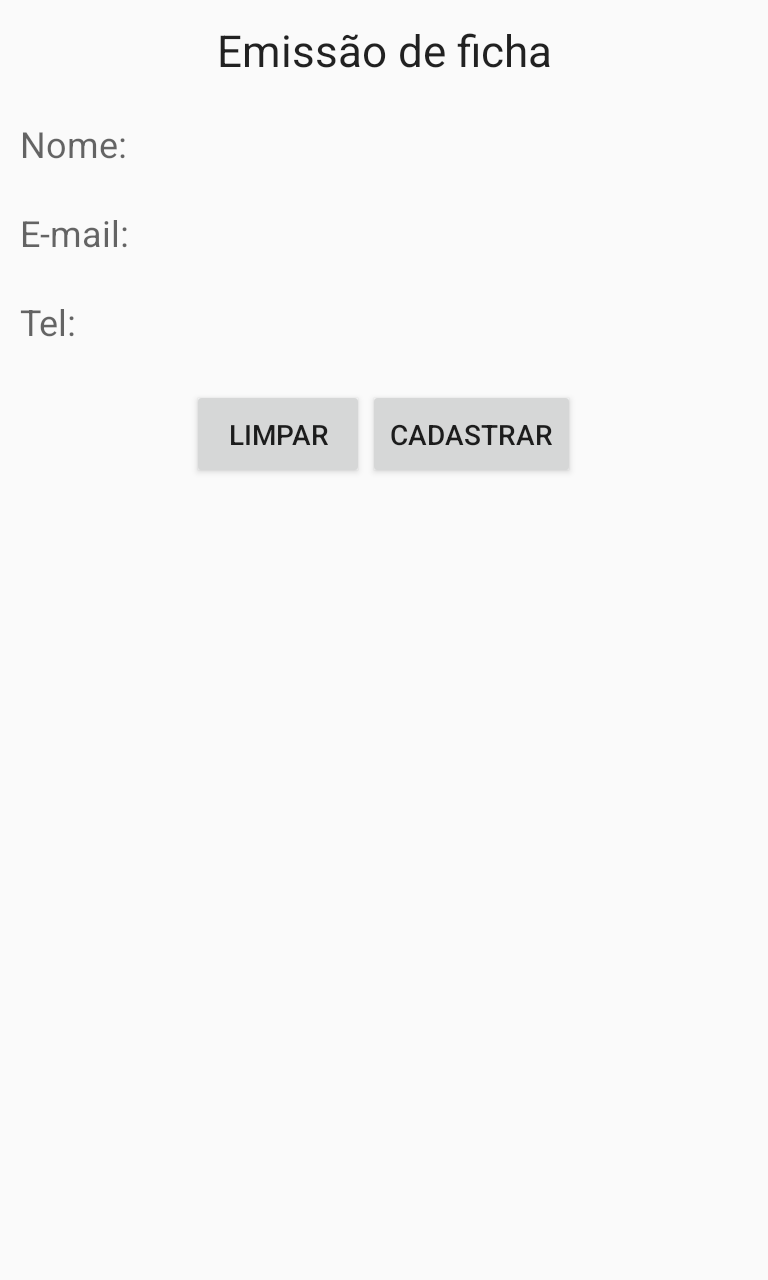
Repository: StefanoAraujo/MiniCurso.Android.Basico.Cadastro
Layout: Clientes/res/layout/activity_form.xml
These files come from the project's save history. The layout is drawn as it stood at one moment and after the next save; the edit follows.
It is drawn on a 768 x 1280 px phone screen (xhdpi) without system bars, with theme AppTheme; the app's code is not run.

Above is the layout before, as saved 2015-03-01 18:31:57.

### Clientes/res/layout/activity_form.xml
<LinearLayout xmlns:android="http://schemas.android.com/apk/res/android"
    xmlns:tools="http://schemas.android.com/tools"
    android:layout_width="match_parent"
    android:layout_height="match_parent"
    tools:context="com.netcoders.clientes.FormActivity"
    android:orientation="vertical" >

    <TextView
        android:id="@+id/textViewTitulo"
        android:layout_width="match_parent"
        android:layout_height="wrap_content"
        android:gravity="center"
        android:layout_margin="10dp"
        android:text="Emissão de ficha"
        android:textAppearance="?android:attr/textAppearanceLarge" />

    <TableLayout
        android:layout_width="match_parent"
        android:layout_height="wrap_content" >

        <TableRow
            android:id="@+id/tableRow1"
            android:layout_width="wrap_content"
            android:layout_height="wrap_content"
            android:layout_margin="10dp" >

            <TextView
                android:id="@+id/textViewNome"
                android:layout_width="wrap_content"
                android:layout_height="wrap_content"
                android:text="Nome:"
                android:textAppearance="?android:attr/textAppearanceMedium" />

        </TableRow>

        <TableRow
            android:id="@+id/tableRow2"
            android:layout_width="wrap_content"
            android:layout_height="wrap_content"
            android:layout_margin="10dp" >

            <TextView
                android:id="@+id/textViewEmail"
                android:layout_width="wrap_content"
                android:layout_height="wrap_content"
                android:text="E-mail:"
                android:textAppearance="?android:attr/textAppearanceMedium" />

        </TableRow>

        <TableRow
            android:id="@+id/tableRow3"
            android:layout_width="wrap_content"
            android:layout_height="wrap_content"
            android:layout_margin="10dp" >

            <TextView
                android:id="@+id/textViewTel"
                android:layout_width="wrap_content"
                android:layout_height="wrap_content"
                android:text="Tel:"
                android:textAppearance="?android:attr/textAppearanceMedium" />

        </TableRow>

        <TableRow
            android:id="@+id/tableRow4"
            android:layout_width="wrap_content"
            android:layout_height="wrap_content"
            android:gravity="center"
            android:layout_margin="10dp" >

            <Button
                android:id="@+id/buttonLimpar"
                android:layout_width="wrap_content"
                android:layout_height="wrap_content"
                android:text="Limpar" />

            <Button
                android:id="@+id/buttonCadastrar"
                android:layout_width="wrap_content"
                android:layout_height="wrap_content"
                android:text="Cadastrar" />

        </TableRow>
    </TableLayout>

</LinearLayout>

Loaded but not shown: Clientes/res/values/styles.xml (common file); Clientes/res/values-v11/styles.xml (common file); Clientes/res/values-v14/styles.xml (common file)

After the next save:
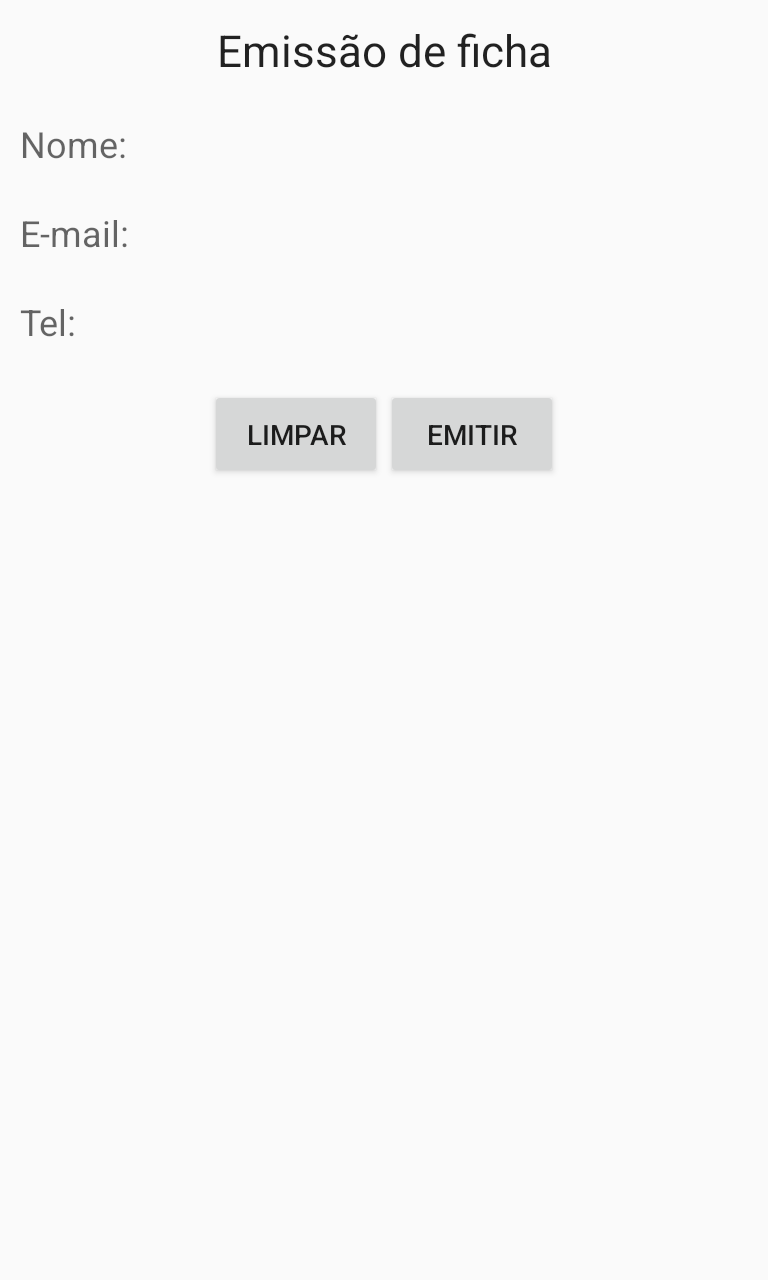
Saved 50 s later.
--- a/Clientes/res/layout/activity_form.xml
+++ b/Clientes/res/layout/activity_form.xml
@@ -80,7 +80,7 @@
                 android:id="@+id/buttonCadastrar"
                 android:layout_width="wrap_content"
                 android:layout_height="wrap_content"
-                android:text="Cadastrar" />
+                android:text="Emitir" />
 
         </TableRow>
     </TableLayout>
